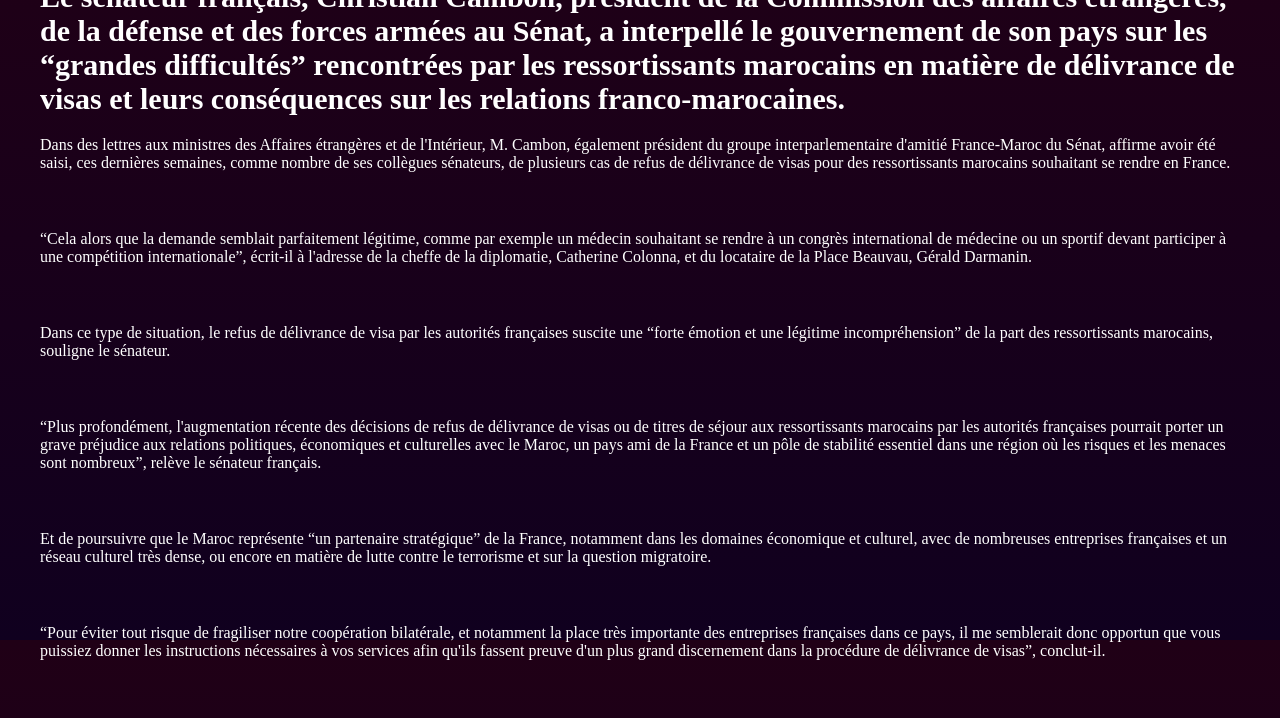
Repository: SD-Mdouka/site-n-b
Page: /
The author's editor kept a copy of each file at every save. The page is drawn from the files as they stood at one save, then again after the next save.
The browser window is 1280 px wide. The pictures show the part of the page from y = 800 to 1536 px (the page is 1518 px tall before and 1536 px after).
The project was rebuilt for these pictures with package versions that can differ from the ones it lists, and the page was loaded fresh each time.

Above is the page before, as saved 2022-09-22 15:11:22.

After the next save:
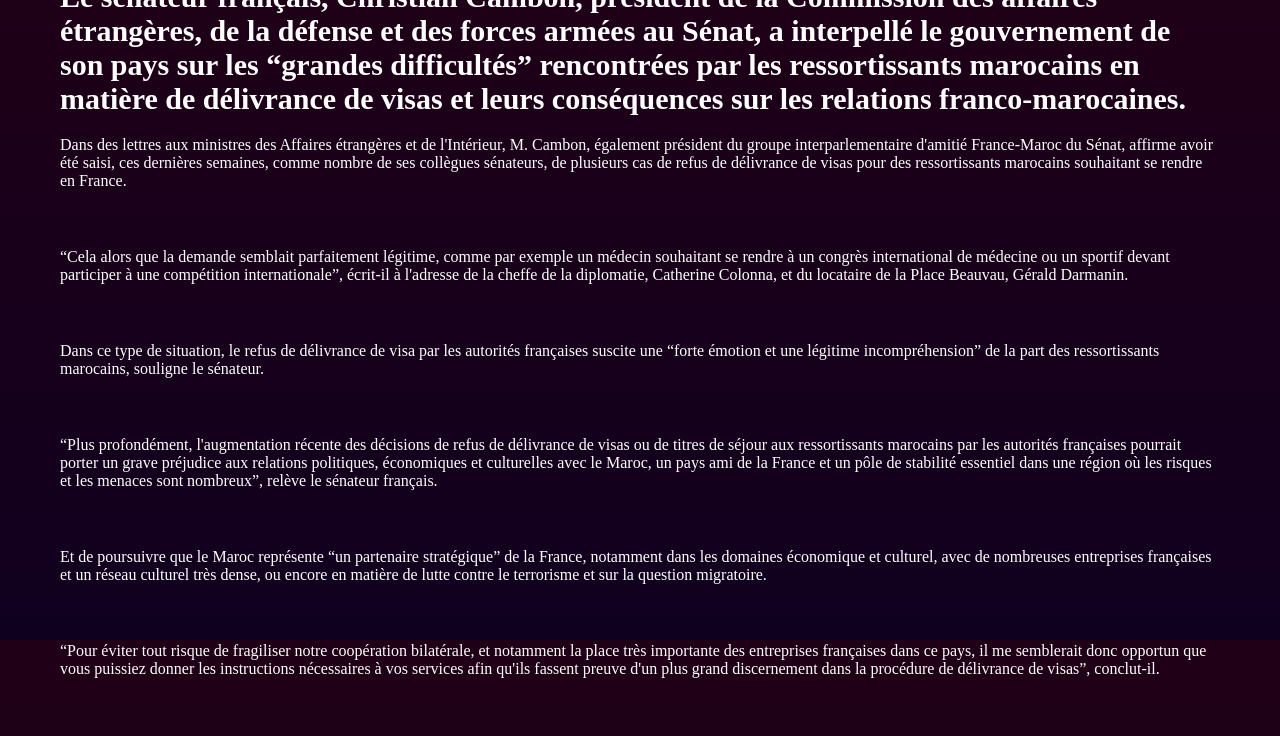
Saved 14 s later.
--- a/src/App.css
+++ b/src/App.css
@@ -83,7 +83,7 @@ header ul li a:hover,
 .content {
     color: #fff;
     padding: 20px;
-    margin-top: 20px;
+    margin: 20px;
 }
 
 .content h2 {
